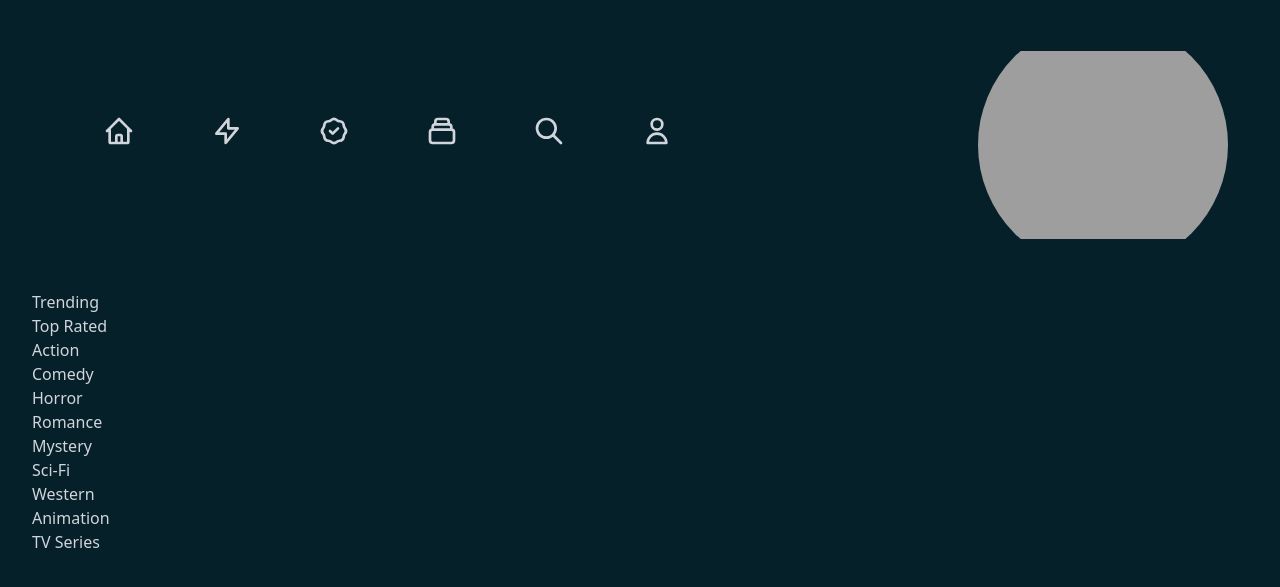
Repository: Delos-343/Hulu-2.0
Page: /
The author's editor kept a copy of each file at every save. The page is drawn from the files as they stood at one save, then again after the next save.
The browser window is 1280 px wide. The pictures show the whole page.
Pictures or frames that could not be fetched are drawn as grey boxes. The project was rebuilt for these pictures with package versions that can differ from the ones it lists, and the page was loaded fresh each time. The framework's server and built-in components were replaced by stand-ins that run in the browser. Also part of the build but not shown: next.config.js.

Above is the page before, as saved 2022-04-07 05:37:28.

### pages/index.js
import Head from 'next/head'
import styles from '../styles/Home.module.css'
import Header from '../components/Header'
import Nav from '../components/Nav'

export default function Home() {
  return (
    <div className={styles.container}>
      <Head>
        <title>Create Next App</title>
        <meta name="description" content="A personal starter project for NEXT.JS" />
        <link rel="icon" href="/favicon.ico" />
      </Head>

      <Header />
      <Nav />


      {/* Results.section */}



    </div>
  )
}

### styles/globals.css
@tailwind base;
@tailwind components;
@tailwind utilities;

@layer base {
  body {
    @apply bg-[#06202a] text-gray-300;
  }
}

### components/Header.jsx
import React from 'react'
import Image from 'next/image'
import HeaderItem from './HeaderItem'

import { BadgeCheckIcon, CollectionIcon, HomeIcon,
         LightningBoltIcon, SearchIcon, UserIcon } from '@heroicons/react/outline'

function Header() {
  return (
    <header className='flex flex-colsm:flex-row m-5 justify-between
    items-center h-auto'>
        <div className='flex flex-grow justify-evenly max-w-2xl'>
          <HeaderItem title='HOME' Icon={HomeIcon} />
          <HeaderItem title='TRENDING' Icon={LightningBoltIcon} />
          <HeaderItem title='VERIFIED' Icon={BadgeCheckIcon} />
          <HeaderItem title='COLLECTIONS' Icon={CollectionIcon} />
          <HeaderItem title='SEARCH' Icon={SearchIcon} />
          <HeaderItem title='ACCOUNT' Icon={UserIcon} />
        </div>
        <Image
        className='object-contain rounded-full'
        src='https://i.postimg.cc/HkgPfHww/fekhri-logo.png'
        width={250}
        height={250}
        />
    </header>
  )
}

export default Header

### components/Nav.jsx
import React from 'react'
import req from '../utils/requests'

function Nav() {
  return (
    <nav>
        <div>
          {Object.entries(req).map(([key, { title, url }]) => (
            <h2> {title} </h2>
          ))}
        </div>
    </nav>
  )
}

export default Nav

### components/HeaderItem.jsx
import React from 'react'

function HeaderItem({ Icon, title }) {
  return (
    <div className='flex flex-col items-center cursor-pointer group
                    w-12 sm:w-20 hover:text-white'>

      <Icon className='h-8 mb-1 group-hover:animate-bounce' />

      <p className='opacity-0 group-hover:opacity-100
                    tracking-widest'>
        {title}
      </p>
    </div>
  )
}

export default HeaderItem

### utils/requests.js
const API_KEY = process.env.API_KEY;

export default {
    fetchTrending: {
        title: 'Trending',
        url: '/trending/all/week?api_key=${API_KEY}&language=en-US'
    },
    fetchTopRated: {
        title: 'Top Rated',
        url: '/movie/top_rated/week?api_key=${API_KEY}&language=en-US'
    },
    fetchActionMovies: {
        title: 'Action',
        url: '/discover/movie/week?api_key=${API_KEY}&with_genres=20'
    },
    fetchComedyMovies: {
        title: 'Comedy',
        url: '/discover/movie/week?api_key=${API_KEY}&with_genres=35'
    },
    fetchHorrorMovies: {
        title: 'Horror',
        url: '/discover/movie/week?api_key=${API_KEY}&with_genres=27'
    },
    fetchRomanceMovies: {
        title: 'Romance',
        url: '/discover/movie/week?api_key=${API_KEY}&with_genres=10749'
    },
    fetchMystery: {
        title: 'Mystery',
        url: '/discover/movie/week?api_key=${API_KEY}&with_genres=9648'
    },
    fetchSciFi: {
        title: 'Sci-Fi',
        url: '/discover/movie/week?api_key=${API_KEY}&with_genres=870'
    },
    fetchWestern: {
        title: 'Western',
        url: '/discover/movie/week?api_key=${API_KEY}&with_genres=37'
    },
    fetchAnimation: {
        title: 'Animation',
        url: '/discover/movie/week?api_key=${API_KEY}&with_genres=16'
    },
    fetchTV: {
        title: 'TV Series',
        url: '/discover/movie/week?api_key=${API_KEY}&with_genres=10770'
    },
}

Loaded but not shown: pages/_app.js (common file); styles/Home.module.css (common file); tailwind.config.js (common file)

After the next save:
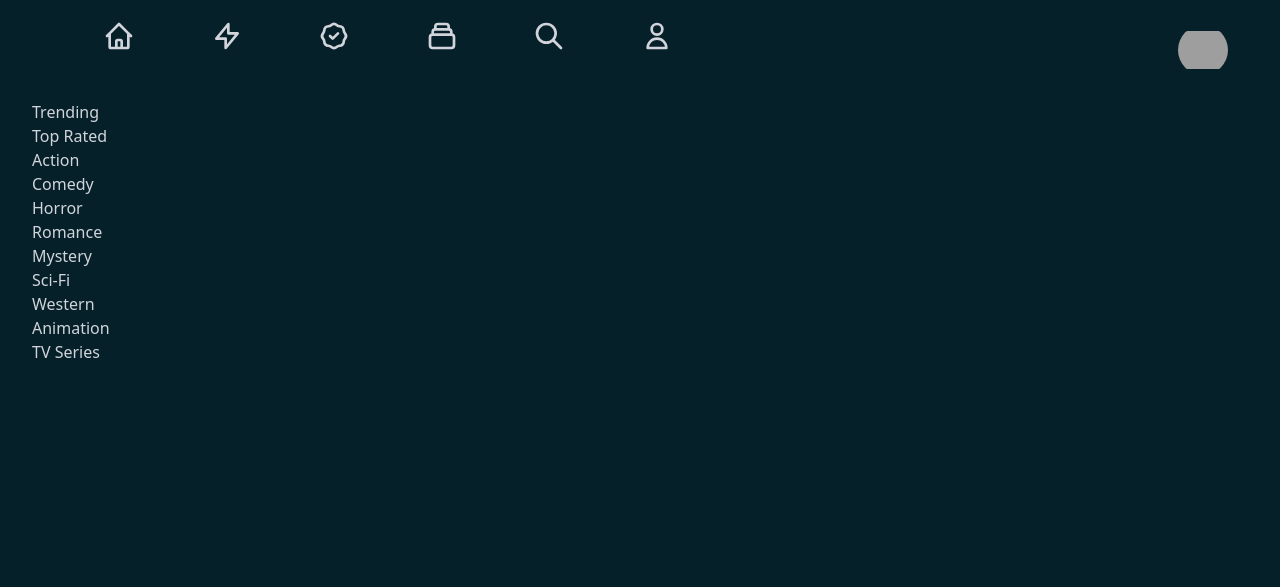
Saved 8 s later.
--- a/components/Header.jsx
+++ b/components/Header.jsx
@@ -20,8 +20,8 @@ function Header() {
         <Image
         className='object-contain rounded-full'
         src='https://i.postimg.cc/HkgPfHww/fekhri-logo.png'
-        width={250}
-        height={250}
+        width={50}
+        height={50}
         />
     </header>
   )
